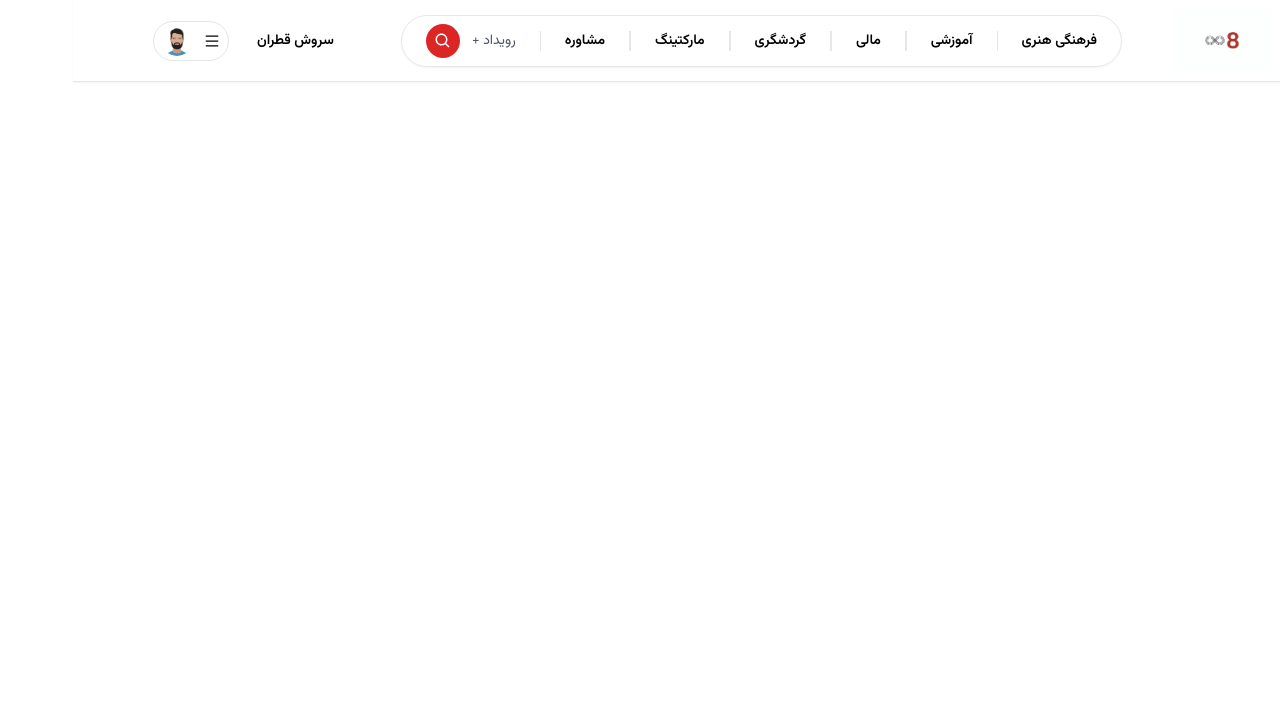
Repository: soroush-g/Eight
Page: /
The author's editor kept a copy of each file at every save. The page is drawn from the files as they stood at one save, then again after the next save.
The browser window is 1280 px wide. The pictures show the whole page.
The project was rebuilt for these pictures with package versions that can differ from the ones it lists, and the page was loaded fresh each time. The framework's server and built-in components were replaced by stand-ins that run in the browser. Also part of the build but not shown: next.config.mjs, app/components/navbar/MenuItem.tsx.

Above is the page before, as saved 2024-07-16 16:09:07.

### app/layout.tsx
import type { Metadata } from "next";
import { Vazirmatn } from "next/font/google";
import "./globals.css";
import Navbar from "./components/navbar/Navbar";
import ClientOnly from './components/ClientOnly';
import Modal from "./components/modals/Modal";

const vazir = Vazirmatn({ subsets: ['arabic'] });

export const metadata: Metadata = {
  title: "AIREVENT",
  description: "Covering events in all parts of the world",
};

export default function RootLayout({
  children,
}: Readonly<{
  children: React.ReactNode;
}>) {
  return (
    <html dir='rtl' lang="fa-Ir">
      <body className={vazir.className}>
        <ClientOnly>
          <Modal isOpen />
          <Navbar />
        </ClientOnly>
        {children}
      </body>
    </html>
  );
}

### app/page.tsx

export default function Home() {
  return (
     <div className="text-yellow-700 text-2xl">هشت جامع ترین پلتفرم در دسترس شما</div>
  )
}

### app/components/navbar/Navbar.tsx
'use client'

import Container from "../Container";
import Logo from "./Logo";
import Search from "./Search";
import UserMenu from "./UserMenu";

const Navbar = () => {
    return (
        <div className="fixed w-full bg-white z-8 shadow-sm">
            <div className="py-2 border-b-[1px]">
              <Container>
                <div className="flex flex-row items-center justify-between gap-3 md:gap-0">
                 <Logo />
                 <Search />
                 <UserMenu />
                </div>
              </Container>
            </div>
        </div>
     );
}

export default Navbar;

### app/components/ClientOnly.tsx
'use client'

import { useEffect, useState } from "react";

interface ClientOnlyProps {
    children: React.ReactNode;
}

const ClientOnly: React.FC<ClientOnlyProps> = ({
    children
}) => {
    const [hasMounted, setHasMounted] = useState(false);

    useEffect(() => {
        setHasMounted(true)
    }, [])

    if (!hasMounted) {
        return null
    }

    return (
        <>
          <div>
            {children}
          </div>
        </>
     );
}

export default ClientOnly;

### app/components/modals/Modal.tsx
'use client'

import { useCallback, useEffect, useState } from 'react';

interface ModalProps {
    isOpen?: boolean;
    onClose: () => void;
    onSubmit: () => void;
    title?: string;
    body?: React.ReactElement;
    foote?: React.ReactElement;
    actionLabel: string;
    disabled?: boolean;
    secondaryAction?: () => void;
    secondaryLabel?: string;
}

const Modal: React.FC<ModalProps> = ({
    isOpen,
    onClose,
    onSubmit,
    title,
    body,
    footer,
    actionLabel,
    disabled,
    secondaryAction,
    secondaryLabel
}) => {
    const [showModal, setShowModal] = useState(isOpen);

    useEffect(() => {
      setShowModal(isOpen)
    }, [isOpen]);

    const handleClose = useCallback(() => {
        if(disabled) {
            return;
        }
        setShowModal(false)
        setTimeout(() => {
            onClose();
        }, 3000)
    }, [disabled, onClose]);

    const handleSubmit = useCallback(() => {
        if(disabled) {
            return;
        }
        onSubmit();
    }, [disabled, onSubmit]);

    const handleSecondaryAction = useCallback(() => {
        if(disabled || !secondaryAction) {
            return;
        }
        secondaryAction()
    }, [disabled, secondaryAction])

    if (!isOpen) {
        return null
    }

    return (
        <>
         <div className='
         justify-center
         items-center
         flex
         overflow-x-hidden
         overflow-y-auto
         fixed
         inset-0
         z-50
         '>

         </div>
        </>
     );
}

export default Modal;

### app/components/Container.tsx
'use client'

interface ContainerProps {
    children: React.ReactNode;
}

const Container: React.FC<ContainerProps> = ({children}) => {
    return (
        <div className="max-w-[2520px] mx-auto xl:px-20 md:px-10 sm:px-2 px-4">{children}</div>
     );
}

export default Container;

### app/components/navbar/Logo.tsx
'use client'

import Image from "next/image"
import { useRouter } from "next/navigation"

const Logo = () => {
    const router = useRouter();

    return(
        <Image alt="لوگو" className="hidden md:block cursor-pointer" height="100" width="100" src="/images/8.png" />
    )
}

export default Logo;

### app/components/navbar/Search.tsx
'use client';

import { BiSearch } from 'react-icons/bi'

const Search = () => {
    return (
        <>
        <div className="border-[1px] w-full md:w-auto py-2 rounded-full shadow-sm hover:shadow-md transition cursor-pointer">
            <div className="flex flex-row items-center justify-between">
              <div className="text-sm font-semibold px-6">
               فرهنگی هنری
              </div>
              <div className="hidden sm:block text-sm font-semibold px-6 border-x-[1px] flex-1 text-center">
                آموزشی
              </div>
              <div className="hidden sm:block text-sm font-semibold px-6 border-x-[1px] flex-1 text-center">
               مالی
              </div>
              <div className="hidden sm:block text-sm font-semibold px-6 border-x-[1px] flex-1 text-center">
                گردشگری
              </div>
              <div className="hidden sm:block text-sm font-semibold px-6 border-x-[1px] flex-1 text-center">
                مارکتینگ
              </div>
              <div className="hidden sm:block text-sm font-semibold px-6 border-x-[1px] flex-1 text-center">
                مشاوره
              </div>
              <div className="text-sm pl-6 pr-6 text-gray-600 flex flex-row items-center gap-3">
                <div className="hidden sm:block">
                  رویداد +
                </div>
                <div className='p-2 bg-red-600 rounded-full text-white'>
                  <BiSearch size={18} />
                </div>
              </div>
            </div>
        </div>
        </>
     );
}

export default Search;

### app/components/navbar/UserMenu.tsx
'use client'

import { useCallback, useState } from "react";
import { AiOutlineMenu } from "react-icons/ai";
import Avatar from "../Avatar";
import MenuItem from "./MenuItem";

const UserMenu = () => {
    const [isOpen, setIsOpen] = useState(false);

    const toggleOpen = useCallback(() => {
        setIsOpen((value) => !value);
    }, [])
    return (
        <>
         <div className="relative">
            <div className="flex flex-row items-center gap-3">
              <div
              onClick={() => {}}
              className="
              hidden
              md:block
              text-sm
              font-semibold
              py-3
              px-4
              rounded-full
              hover:bg-neutral-100
              transition
              cursor-pointer">
              سروش قطران
              </div>
              <div
              onClick={toggleOpen}
              className="
              p-4
              md:py-1
              md:px-2
              border-[1px]
              border-neutral-200
              flex
              flex-row
              items-center
              gap-3
              rounded-full
              cursor-pointer
              hover:shadow-md
              transition
              ">
                <AiOutlineMenu />
                <div className="hidden md:block">
                  <Avatar />
                </div>
              </div>
            </div>
            {isOpen && (
                <div
                className="
                absolute
                rounded-xl
                shadow-md
                w-[40vw]
                md:w-3/4
                bg-white
                overflow-hidden
                right-0
                top-12
                text-sm">
                    <div className="flex flex-col cursor-pointer">
                      <>
                       <MenuItem
                       onClick={()=> {}}
                       label="ورود" />
                       <MenuItem
                       onClick={()=> {}}
                       label="ثبت نام" />
                      </>
                    </div>

                </div>
            )}
         </div>
        </>
     );
}

export default UserMenu;

### app/components/Avatar.tsx
'use client'

import Image from "next/image";

const Avatar = () => {
    return (
        <>
        <Image
         className="rounded-full"
         height='30'
         width='30'
         alt="avatar"
         src='/images/avatar.jpg'
        />
        </>
     );
}

export default Avatar;

Loaded but not shown: app/globals.css (common file); tailwind.config.ts (common file)

After the next save:
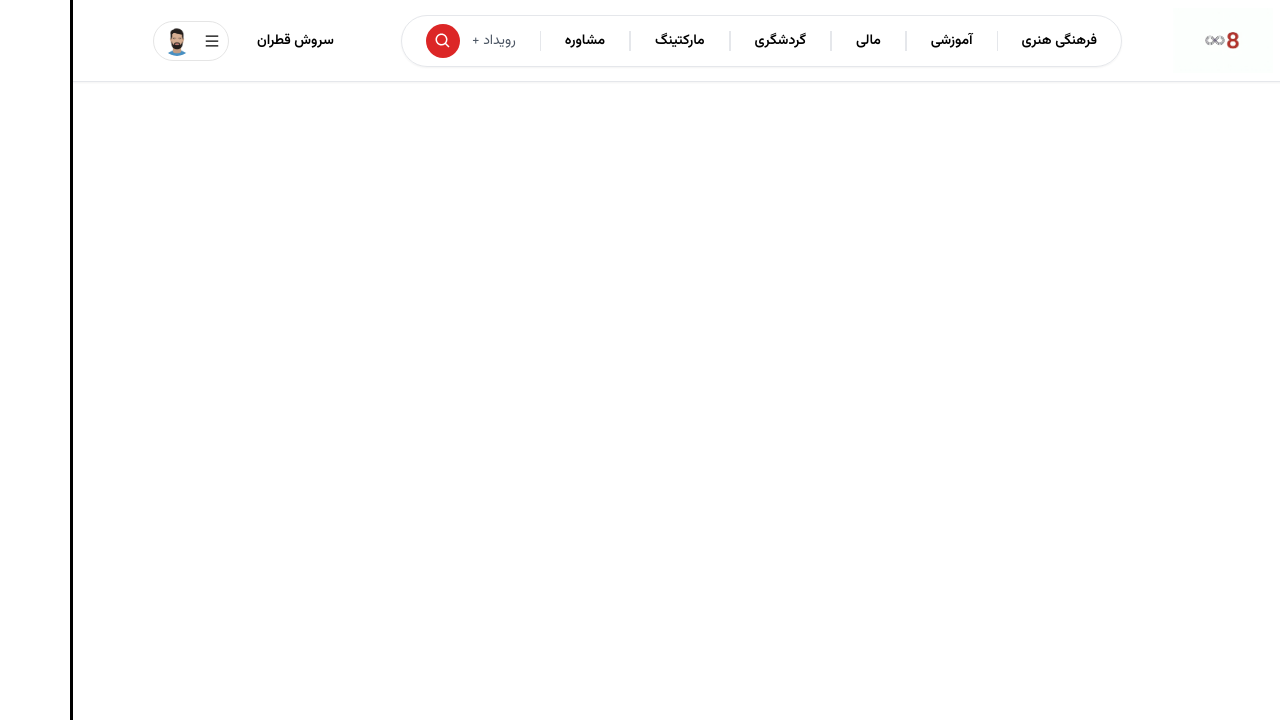
Saved 4 s later.
--- a/app/components/modals/Modal.tsx
+++ b/app/components/modals/Modal.tsx
@@ -72,7 +72,7 @@
          fixed
          inset-0
          z-50
-         '>
+         outline'>
 
          </div>
         </>

After the save that followed:
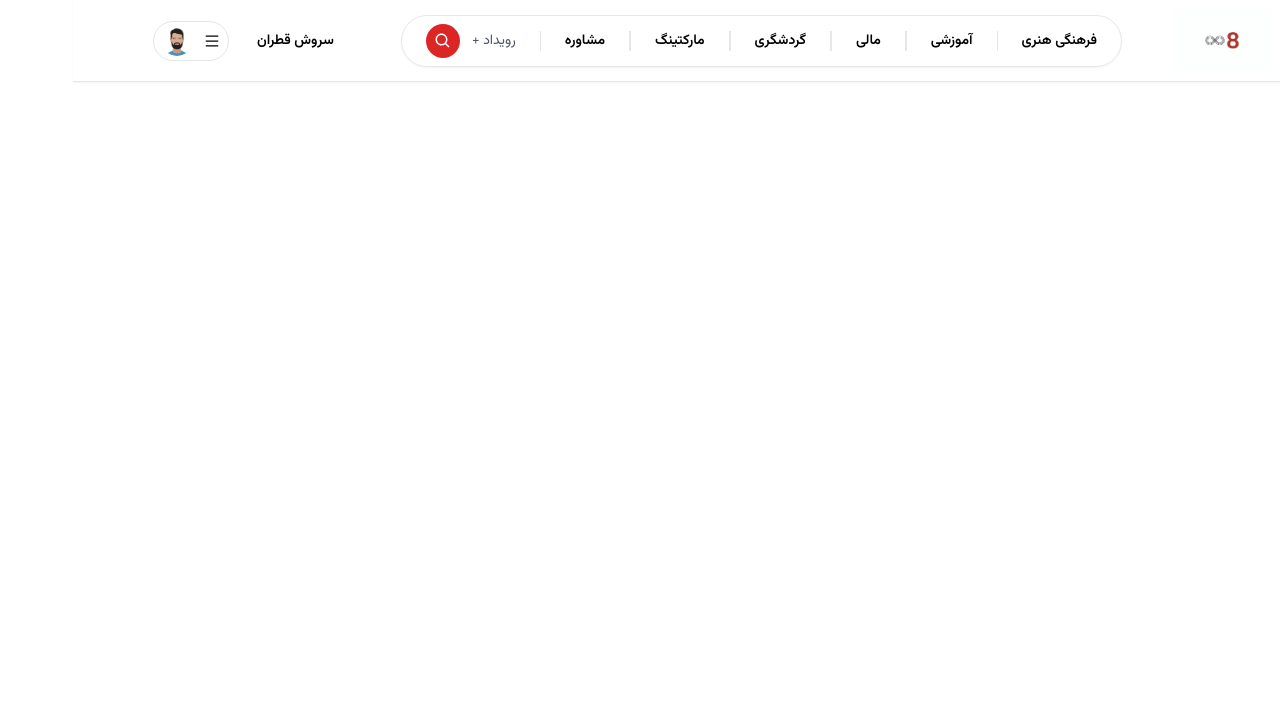
Saved 4 s later.
--- a/app/components/modals/Modal.tsx
+++ b/app/components/modals/Modal.tsx
@@ -72,7 +72,7 @@
          fixed
          inset-0
          z-50
-         outline'>
+         outline-n'>
 
          </div>
         </>
